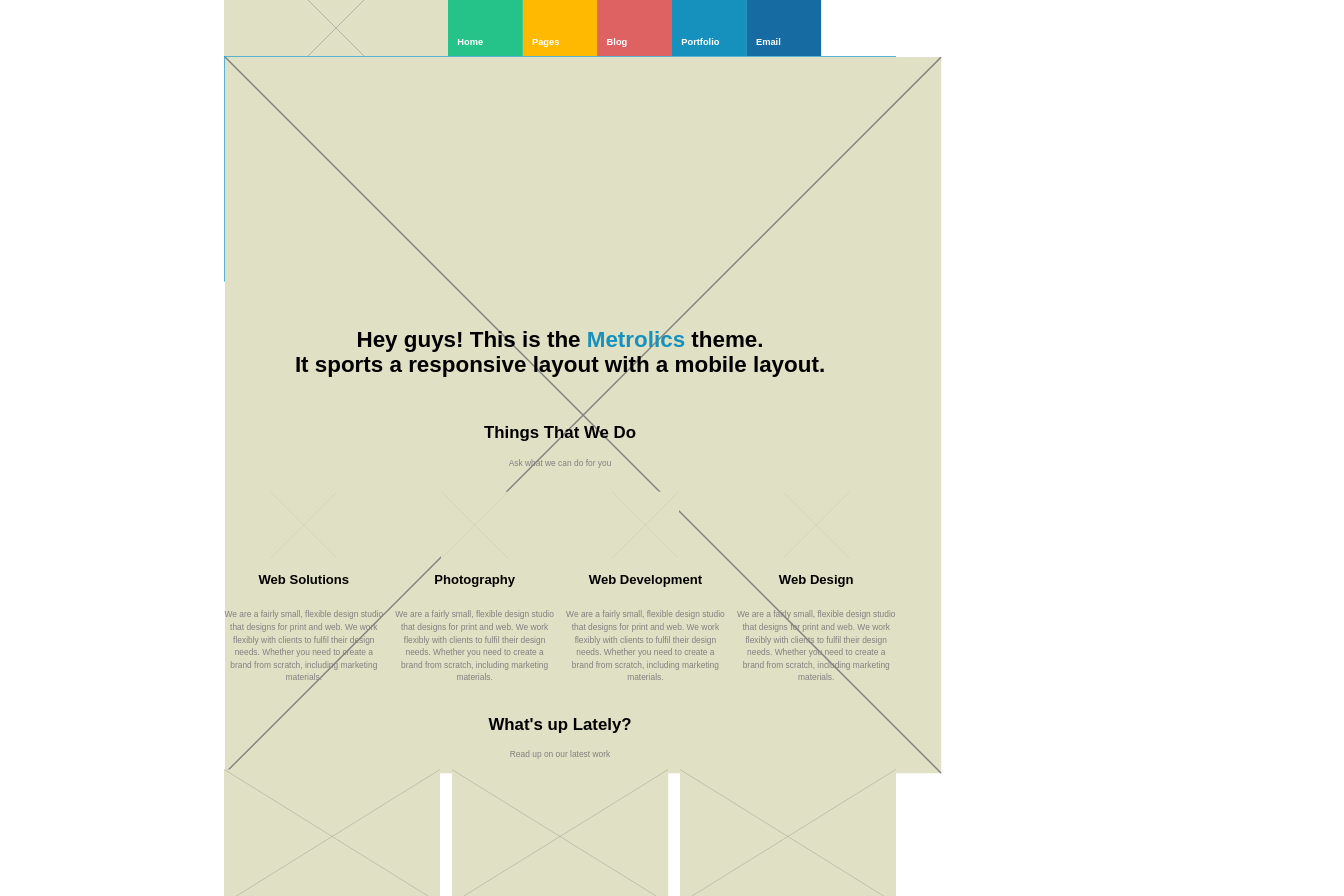
Repository: pjiang604/mdia2003-lab03b
Page: index.html
The author's editor kept a copy of each file at every save. The page is drawn from the files as they stood at one save, then again after the next save.
The browser window is 1280 px wide. The page is 1345 px wide, then 1920 px, then 1345 px, so the pictures cover 1920 px, including what lies to the right of the window. The pictures show the part of the page from y = 0 to 1280 px (the page is 2722 px tall before and 2747 px after), at 70% of full size.

Above is the page before, as saved 2023-01-31 20:41:35.

### index.html
<!DOCTYPE html>
<html lang="en">

<head>
    <meta charset="UTF-8">
    <meta http-equiv="X-UA-Compatible" content="IE=edge">
    <meta name="viewport" content="width=device-width, initial-scale=1.0">
    <title>Metrolics</title>
    <link rel="stylesheet" href="style.css">
    <link rel="preconnect" href="https://fonts.google.com/specimen/Ubuntu?query=ubuntu">
</head>

<body>
    <nav>
        <div class="nav row l-col-6-1 m-col-6-1 s-col-2-2">
            <div class="col">
                <img src="img/placeholder.svg" alt="logo" class="logo">
            </div>
            <a href="/">
                <div class="col hide navTab homeTab">
                    <h5>Home</h5>
                </div>
            </a>
            <a href="/">
                <div class="col hide navTab pagesTab">
                    <h5> Pages</h5>
                </div>
            </a>
            <a href="/">
                <div class="col hide navTab blogTab">
                    <h5>Blog</h5>
                </div>
            </a>
            <a href="/">
                <div class="col hide navTab portfolioTab">
                    <h5>Portfolio</h5>
                </div>
            </a>
            <a href="/">
                <div class="col hide navTab emailTab">
                    <h5>Email</h5>
                </div>
            </a>
            <div class="col hamburger">
                <p>[HAM MENU]</p>
            </div>
        </div>
    </nav>

    <div class="carousel hide">
        <div class="carouselSlides">
            <img class="carouselPicture" src="img/placeholder.svg">
        </div>
    </div>

    <main>
    <div class="tagLine">
        <h1>Hey guys! This is the <span class="metroColor">Metrolics</span> theme.<br> It sports a responsive layout
            with a mobile layout.</h1>
    </div>

    <div class="services-section">
        <div class="col headerMargin">
            <h2>Things That We Do</h2>
            <p>Ask what we can do for you</p>
        </div>
        <div class="row l-col-4-1 m-col-2-1 s-col-1-4">
            <div class="col card">
                <img src="img/placeholder.svg" class="serviceImg" alt="">
                <h3>Web Solutions</h3>
                <p>We are a fairly small, flexible design studio that designs for print and web. We work flexibly with
                    clients to fulfil their design needs. Whether you need to create a brand from scratch, including
                    marketing materials.</p>
            </div>
            <div class="col card">
                <img src="img/placeholder.svg" class="serviceImg" alt="">
                <h3>Photography</h3>
                <p>We are a fairly small, flexible design studio that designs for print and web. We work flexibly with
                    clients to fulfil their design needs. Whether you need to create a brand from scratch, including
                    marketing materials.</p>

            </div>
            <div class="col card">
                <img src="img/placeholder.svg" class="serviceImg" alt="">
                <h3>Web Development</h3>
                <p>We are a fairly small, flexible design studio that designs for print and web. We work flexibly with
                    clients to fulfil their design needs. Whether you need to create a brand from scratch, including
                    marketing materials.</p>
            </div>
            <div class="col card">
                <img src="img/placeholder.svg" class="serviceImg" alt="">
                <h3>Web Design</h3>
                <p>We are a fairly small, flexible design studio that designs for print and web. We work flexibly with
                    clients to fulfil their design needs. Whether you need to create a brand from scratch, including
                    marketing materials.</p>
            </div>
        </div>
    </div>
    <div class="recent-news headerMargin">
        <div class="col">
            <h2>What's up Lately?</h2>
            <p>Read up on our latest work</p>
        </div>
        <div class="row l-col-3-1 m-col-2-1 s-col-1-4">
            <div class="col">
                <img src="img/placeholder.svg" class="image-post" alt="">
            </div>
            <div class="col">
                <img src="img/placeholder.svg" class="image-post" alt="">
            </div>
            <div class="col">
                <img src="img/placeholder.svg" class="image-post" alt="">
            </div>
            <div class="hidden-photo">
                <img src="img/placeholder.svg" class="image-post" alt="">
            </div>
        </div>
    </div>
    <div class="latest-projects-section headerMargin">
        <div class="col">
            <h2>Our Latest Projects</h2>
            <p>Client happy? We are happy.</p>
        </div>
        <div class="row l-col-3-1 m-col-2-1 s-col-1-1">
            <div class="col">
                <img src="img/placeholder.svg" class="image-post" alt="">
            </div>
            <div class="col">
                <img src="img/placeholder.svg" class="image-post" alt="">
            </div>
            <div class="col">
                <img src="img/placeholder.svg" class="image-post" alt="">
            </div>
            <div class="col">
                <img src="img/placeholder.svg" class="image-post" alt="">
            </div>
            <div class="col">
                <img src="img/placeholder.svg" class="image-post" alt="">
            </div>
            <div class="col">
                <img src="img/placeholder.svg" class="image-post" alt="">
            </div>
        </div>
    </div>

    <div class="col headerMargin">
        <h2>Things of Above</h2>
        <p>Misc stuff we could not put anyplace else</p>
    </div>
    <div class="row accordion l-col-2-1 m-col-1-2 s-col-1-1">
        <div class="col">
            <p>[ACCORDION HERE]</p>
        </div>
        <div class="col">
            <p>[TABS HERE]</p>
        </div>
    </div>



    <div class="row companies l-col-5-1 m-col-5-1">
        <div class="col">
            <img src="img/placeholder.svg" class="comp-logo" alt="">
        </div>
        <div class="col">
            <img src="img/placeholder.svg" class="comp-logo" alt="">
        </div>
        <div class="col">
            <img src="img/placeholder.svg" class="comp-logo" alt="">
        </div>
        <div class="col">
            <img src="img/placeholder.svg" class="comp-logo" alt="">
        </div>
        <div class="col">
            <img src="img/placeholder.svg" class="comp-logo" alt="">
        </div>
    </div>
</main>

    <footer>

        <div class="row l-col-2-4 m-col-2-4 s-col-2-1 author">
            <div class="col">
                <img src="img/placeholder.svg" class="headshot" alt="">
            </div>
            <div class="col">
                <h5>Peewee Herman</h5>
                <p>Peewee has over 10 years expeience in the industry. He is our Creative Director, digital designer,
                    web designer and front-end developer. He is also pretty good with a sketch-book. Before starting the
                    company Peewee worked as a designer and studio manager for a design house who boasted a number of
                    big name clients.</p>
            </div>
        </div>

        <div class="row l-footer-grid m-row m-footer-grid">
            <div class="col about-socials">
                <h3 class="m-row hide">About Us</h3>
                <p class="m-row hide">Lorem ipsum dolor sit amet consectetur adipisicing elit. Neque, illo! Deserunt quo
                    nostrum
                    quaerat, cum dolores aut. Recusandae voluptates, nisi a explicabo, in autem vitae eius iste
                    temporibus dolorem corporis.</p>
                <div class="row l-col-5-1 m-col-5-1 s-col-5-1">
                    <div class="col">
                        <img src="img/placeholder.svg" class="social-img" alt="">
                    </div>
                    <div class="col">
                        <img src="img/placeholder.svg" class="social-img" alt="">
                    </div>
                    <div class="col">
                        <img src="img/placeholder.svg" class="social-img" alt="">
                    </div>
                    <div class="col">
                        <img src="img/placeholder.svg" class="social-img" alt="">
                    </div>
                    <div class="col">
                        <img src="img/placeholder.svg" class="social-img" alt="">
                    </div>
                </div>
            </div>

            <div class="col flickr">
                <h3>Flickr Photos</h3>
                <div class="row l-col-3-1 m-col-3-1">
                    <div class="col">
                        <img src="img/placeholder.svg" class="flickr-img" alt="">
                    </div>
                    <div class="col">
                        <img src="img/placeholder.svg" class="flickr-img" alt="">
                    </div>
                    <div class="col">
                        <img src="img/placeholder.svg" class="flickr-img" alt="">
                    </div>
                    <div class="col">
                        <img src="img/placeholder.svg" class="flickr-img" alt="">
                    </div>
                    <div class="col">
                        <img src="img/placeholder.svg" class="flickr-img" alt="">
                    </div>
                    <div class="col">
                        <img src="img/placeholder.svg" class="flickr-img" alt="">
                    </div>
                </div>
            </div>

            <div class="row live-social m-col">
                <div>
                    <h3>Recent Tweets</h3>
                </div>
                <div>
                    <p>[TWEET TEXT]</p>
                </div>
                <div>
                    <p>[TWEET TEXT]</p>
                </div>
            </div>

            <div class="col newsletter">
                <div class="row m-col-1-1">
                    <h3>Newsletter</h3>
                    <div class="col">
                        <p>Lorem ipsum, dolor sit amet consectetur adipisicing elit. Quam, iusto provident labore quos
                            ipsa
                            voluptas.</p>
                    </div>
                    <div class="col">
                        <label for="email">Enter your Email...</label>
                        <input type="email" id="email">
                    </div>

                </div>
            </div>
        </div>

        <div class="row footer-decor">
            <div class="decor"></div>
            <div class="decor"></div>
            <div class="decor"></div>
            <div class="decor"></div>
            <div class="decor"></div>
        </div>

    </footer>

</body>



</html>

### style.css
:root {
    --green: #25c389;
    --yellow: #ffb901;
    --red: #de6262;
    --lightBlue: #1691bd;
    --darkBlue: #166ba2;
    --navy: #16242f;

}

html {
    height: 100vh;
    width: 100vw;


}

body {
    width: 60em;
    margin: 0 20em;
    box-sizing: border-box;
}


.headerMargin {
    margin: 2em 0;
}

nav,
main {
    font-family: Ubuntu, sans-serif;
    font-weight: 300;
    text-decoration: none;
    text-align: center;
}

p {
    font-size: 12px;
    color: grey;
    line-height: 1.5em;
}

a {
    text-decoration: none;
}

.row {
    display: grid;
    row-gap: 1rem;
}

.col {
    position: relative;
}

.flickr-img {
    width: 100%;
}


.social-img {
    width: 100%;
}


.footer-decor {
    grid-template-columns: 3fr 1fr 1fr 1fr 1fr 1fr;
}


/*Nav Bar*/

.nav {
    height: 5em;
}

nav h5 {
    color: white;
    position: absolute;
    bottom: 0;
    padding: 1em;
    margin: 0;
}

.logo {
    width: 100%;
    height: 5em;
    object-fit: cover;
}

.navTab {
    height: 5em;
    display: flex;
}

.homeTab {
    background-color: var(--green);
}

.pagesTab {
    background-color: var(--yellow);
}

.blogTab {
    background-color: var(--red);
}

.portfolioTab {
    background-color: var(--lightBlue);
}

.emailTab {
    background-color: var(--darkBlue);
}

.hamburger {
    display: none;
}

/*Carousel*/

.carousel {
    height: 20em;
    border: 1px solid var(--lightBlue);
}

/*Tag Line*/
.tagLine {
    margin: 4em 0;
}

.metroColor {
    color: var(--lightBlue);
}

/*Services Section*/

.serviceImg {
    height: 6em;
    width: 6em;
    object-fit: cover;
}

.card {
    display: flex;
    flex-direction: column;
    align-items: center;
}

/*Recent News*/
.image-post {
    width: 100%;
    height: 12em;
}

/*Accordion*/
.accordion {
    height: 20em;
    border: 1px solid var(--lightBlue);
}

/*Companies*/
.companies {
    column-gap: 2em;
    margin: 1em 0;
}

.comp-logo {
    width: 100%;
    height: 4em;
    object-fit: cover;
}

/*FOOTER*/

footer {
    background: var(--navy);
    color: white;
    font-family: Ubuntu, sans-serif;
    font-weight: 300;
    text-decoration: none;
    width: 100%;
}


footer p {
    color: white;
}

.headshot {
    width: 4em;
    height: 4em;
    object-fit: cover;
    border-radius: 100%;
}

/** CAROUSEL **/

.carouselPicture img {
    object-fit:cover;
}

.carouselPicture {
    width:80vw;
    display:flex;
    align-items:center;
}

/** small/mobile version */
@media screen and (max-width:29.9375em) {
    .row {
        max-width: 70em;
        column-gap: .5rem;
        row-gap: 1.5rem;
        margin: 0 auto;

    }

    .hide,
    .flickr,
    .newsletter,
    .companies {
        display: none;
    }

    .hamburger {
        display: contents;
    }

    .s-col-1-4 {
        grid-template-columns: 4fr;
    }

    .s-col-2-2 {
        grid-template-columns: repeat(2, 2fr);
    }

    .s-col-1-1 {
        grid-template-columns: 1fr;
    }

    .s-col-5-1 {
        grid-template-columns: repeat(5, 1fr);
    }

    .s-col-2-1 {
        grid-template-columns: repeat(2, 1fr);
    }

    .footer-grid {
        display: none;
    }

    .hidden-photo {
        display: content;
        background-color: orange;
    }

    .accordion {
        display: none;
    }
}

/** medium and up. applicable for both tablet and mobile version */
@media screen and (max-width:30em) {
    .carousel {
        display: none;
    }

    .image-post.hide {
        display: contents;
    }

    .hidden-photo {
        display: content;
        background-color: orange;
    }

}

/** medium only */
@media screen and (min-width:40em) and (max-width:63.9375em) {

    .hide {
        display: contents;
    }

    .m-footer-grid {
        grid-template-columns: repeat(2, 1fr);
    }

    .m-row {
        display: grid;
        row-gap: 1rem;
    }

    .m-col {
        position: relative;
    }

    .m-col-6-1 {
        grid-template-columns: 3fr 1fr 1fr 1fr 1fr 1fr;
    }

    .m-col-2-1 {
        grid-template-columns: repeat(2, 1fr);
        column-gap: 1rem;
    }

    .m-col-5-1 {
        grid-template-columns: repeat(5, 1fr);
        column-gap: 1rem;
    }

    .m-col-2-4 {
        grid-template-columns: 1fr 4fr;
    }

    .m-col-3-1 {
        grid-template-columns: repeat(3, 1fr);
        column-gap: 1rem;
    }

    .m-col-1-1 {
        grid-template-columns: 1fr
    }

    .m-col-1-2 {
        grid-template-columns: repeat(1, 2fr);
    }

    .hidden-photo {
        display: content;
        background-color: orange;
    }

}

/** large only */
@media screen and (min-width:64em) {

    .l-col-6-1 {
        grid-template-columns: 3fr 1fr 1fr 1fr 1fr 1fr 1fr;
    }

    .l-col-4-1 {
        grid-template-columns: repeat(4, 1fr);
        column-gap: 1rem;
    }

    .l-col-3-1 {
        grid-template-columns: repeat(3, 1fr);
        column-gap: 1rem;
    }

    .l-col-5-1 {
        grid-template-columns: repeat(5, 1fr);
    }

    .l-col-2-4 {
        grid-template-columns: 1fr 4fr;
    }

    .l-col-3-1 {
        grid-template-columns: repeat(3, 1fr);
        column-gap: 1rem;
    }

    .l-col-2-1 {
        grid-template-columns: repeat(2, 1fr);
        column-gap: 1rem;
    }

    .image-post.hide {
        display: none;
    }

    .l-footer-grid {
        grid-template-columns: repeat(4, 1fr);
    }

    .hidden-photo {
        display: none;
    }

}

### img/placeholder.svg
<!-- Created with PhotoLine 21.40B9 (www.pl32.com) -->
<!DOCTYPE svg PUBLIC "-//W3C//DTD SVG 1.1//EN" "http://www.w3.org/Graphics/SVG/1.1/DTD/svg11.dtd"[]>
<svg width="1024" height="1024" version="1.1" xmlns="http://www.w3.org/2000/svg" xmlns:xlink="http://www.w3.org/1999/xlink">
  <g id="Square/Rectangle">
    <rect fill="#e0e0c4" fill-rule="evenodd" width="1024" height="1024" />
  </g>
  <path stroke-width="2" stroke-miterlimit="10" fill="none" stroke="#808080" d="M0 0 L1024 1024" />
  <g transform="matrix(0 1 -1 0 1024 0)">
    <path transform="matrix(-0 -1.000001 1.000001 -0 0.000153 1024.000854)" stroke-width="2" stroke-miterlimit="10" fill="none" stroke="#808080" d="M1024 -0 L0 1024" />
  </g>
</svg>

After the next save:
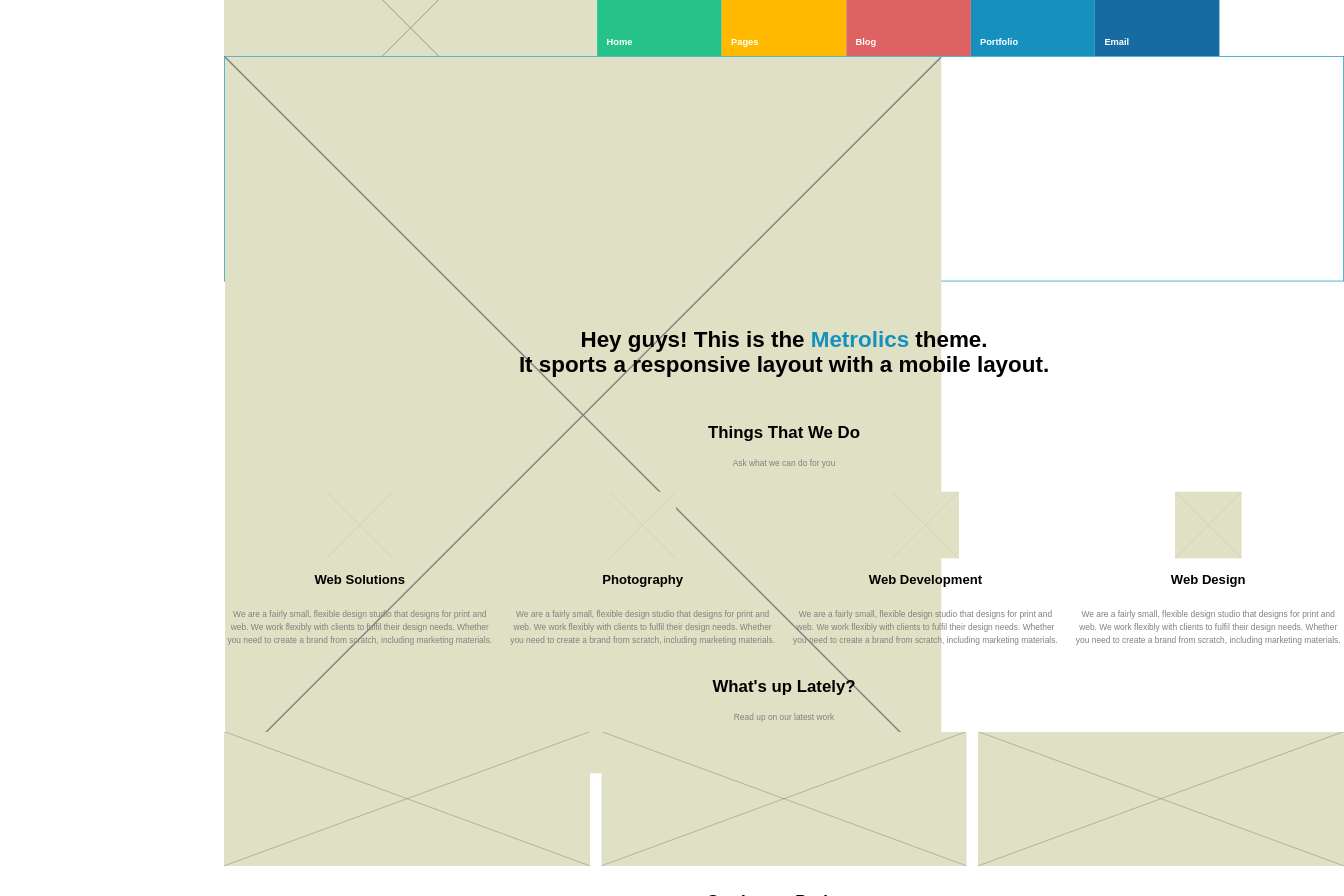
Saved 19 s later.
--- a/style.css
+++ b/style.css
@@ -16,7 +16,7 @@
 }
 
 body {
-    width: 60em;
+    width: 100em;
     margin: 0 20em;
     box-sizing: border-box;
 }

After the save that followed:
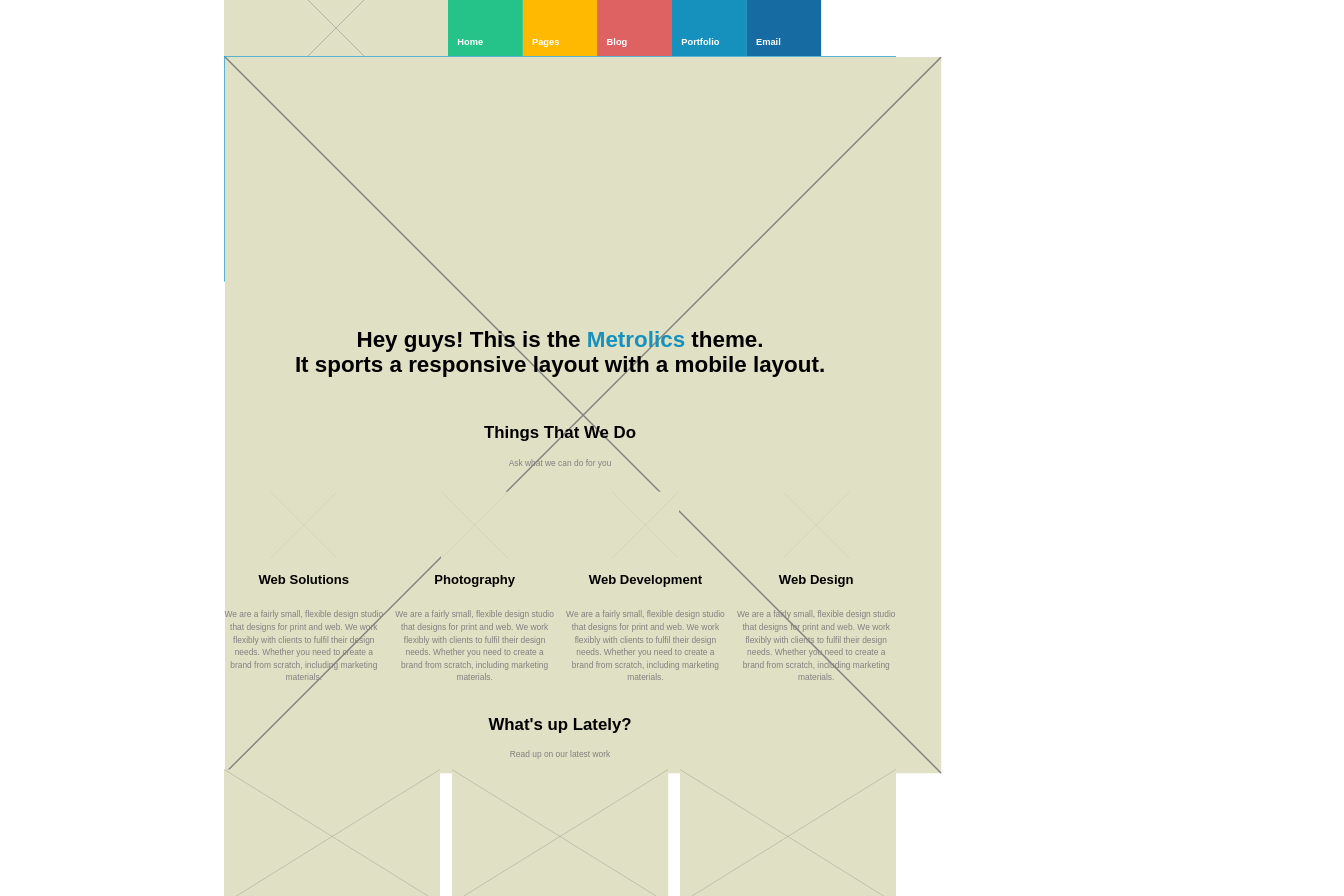
Saved 6 s later.
--- a/style.css
+++ b/style.css
@@ -16,7 +16,7 @@
 }
 
 body {
-    width: 100em;
+    width: 60em;
     margin: 0 20em;
     box-sizing: border-box;
 }
